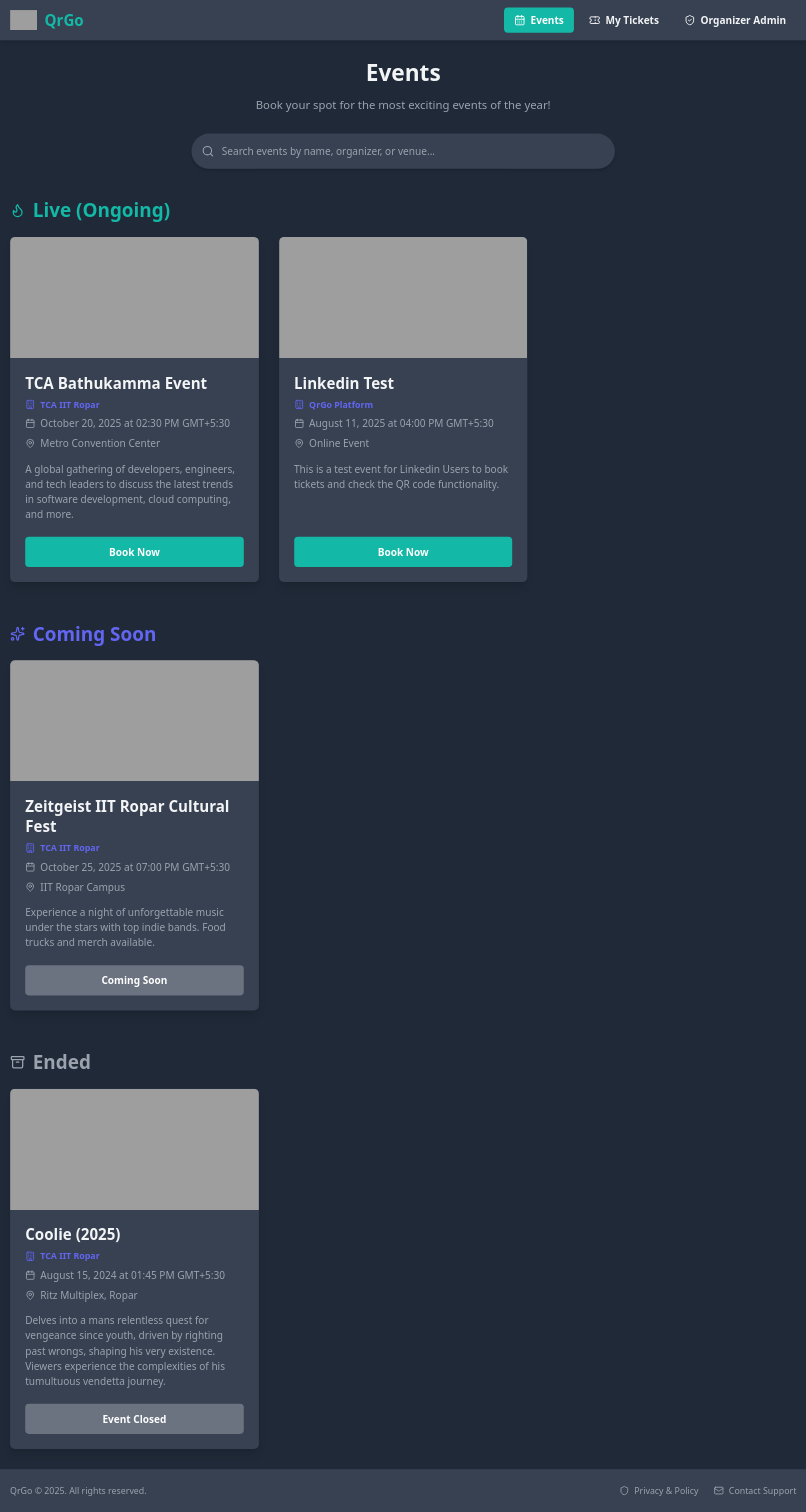
Repository: Dhakshin2007/QrGo
Page: /
These files come from the project's save history. The page is drawn as it stood at one moment and after the next save; the edit follows.
The browser window is 1280 px wide. The pictures show the whole page, at 63% of full size.
Pictures or frames that could not be fetched are drawn as grey boxes. Some web libraries are served in a nearby version. The project was rebuilt for these pictures with package versions that can differ from the ones it lists, and the page was loaded fresh each time. Also part of the build but not shown: vite.config.ts, pages/BookingPage.tsx, components/TicketCard.tsx, pages/MyTicketsPage.tsx, services/aiService.ts, pages/AdminPage.tsx, pages/PrivacyPolicyPage.tsx.

Above is the page before, as saved 2025-10-01 23:47:17.

After the next save:
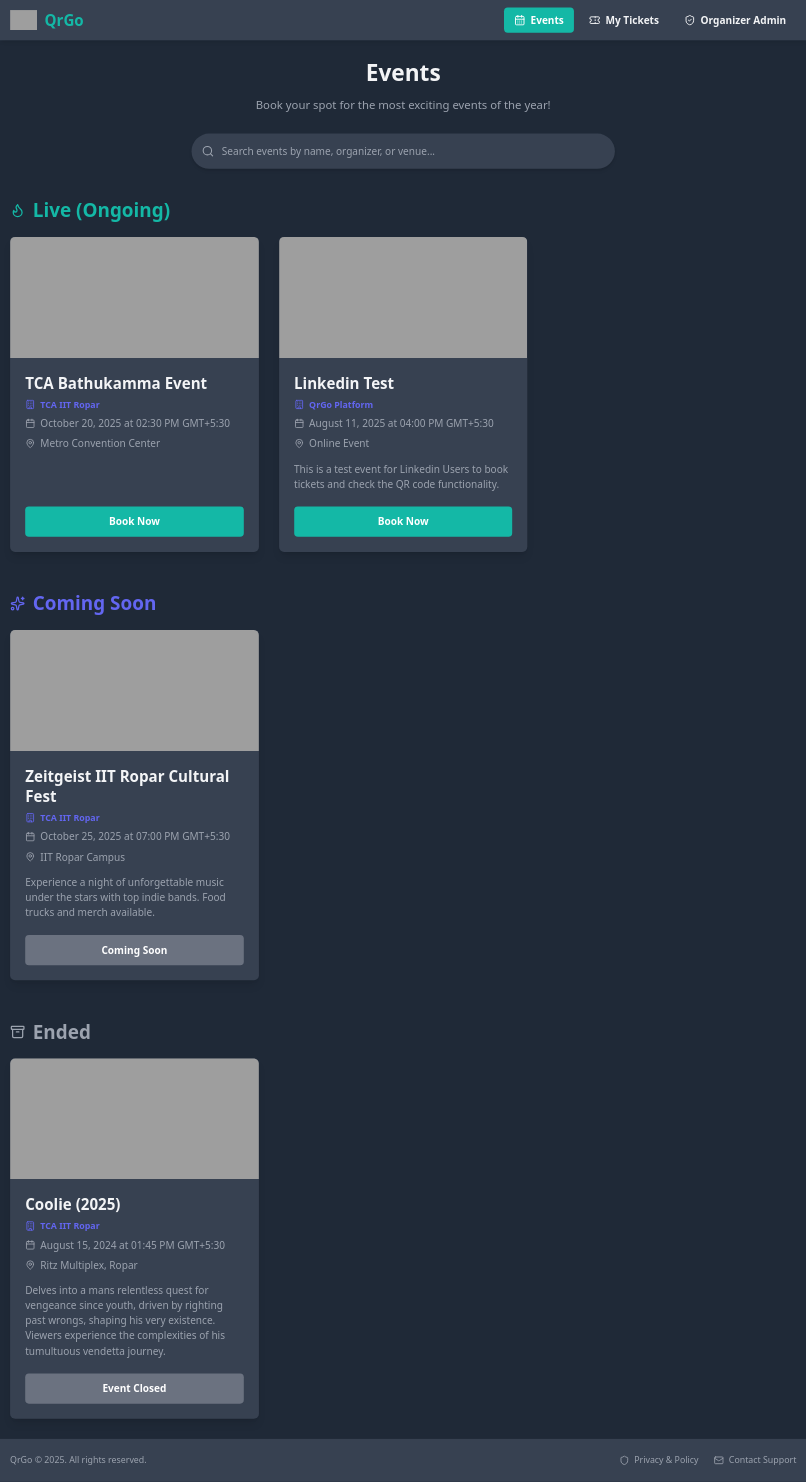
Saved 14 s later.
--- a/constants.ts
+++ b/constants.ts
@@ -34,7 +34,7 @@
     name: 'TCA Bathukamma Event',
     date: '2025-10-20T09:00:00Z',
     venue: 'Metro Convention Center',
-    description: 'A global gathering of developers, engineers, and tech leaders to discuss the latest trends in software development, cloud computing, and more.',
+    description: '',
     image: 'https://i.postimg.cc/GpX9br2s/image.png',
     status: EventStatus.Ongoing,
     upiId: 'devsummit@upi',
